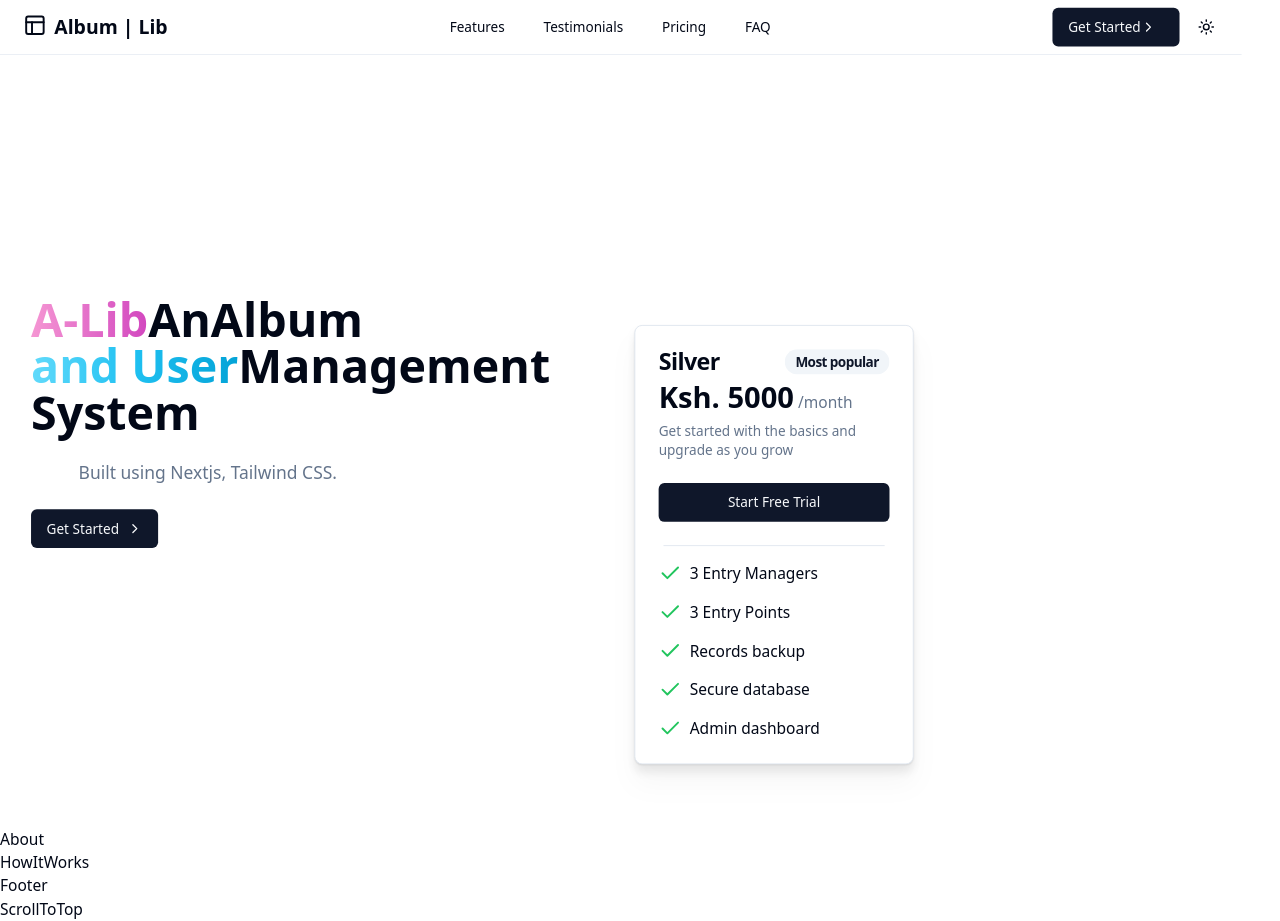
Repository: DevLaukey/savannah-informatics-test
Page: /
The author's editor kept a copy of each file at every save. The page is drawn from the files as they stood at one save, then again after the next save.
The browser window is 1280 px wide. The page is 1304 px wide, then 1320 px, then 1304 px, so the pictures cover 1320 px, including what lies to the right of the window. The pictures show the whole page, at 97% of full size.
The project was rebuilt for these pictures with package versions that can differ from the ones it lists, and the page was loaded fresh each time. The framework's server and built-in components were replaced by stand-ins that run in the browser. Also part of the build but not shown: next.config.mjs, components/ui/avatar.jsx, components/landing-page/LightBulbIcon.jsx.

Above is the page before, as saved 2024-06-04 22:00:39.

After the next save:
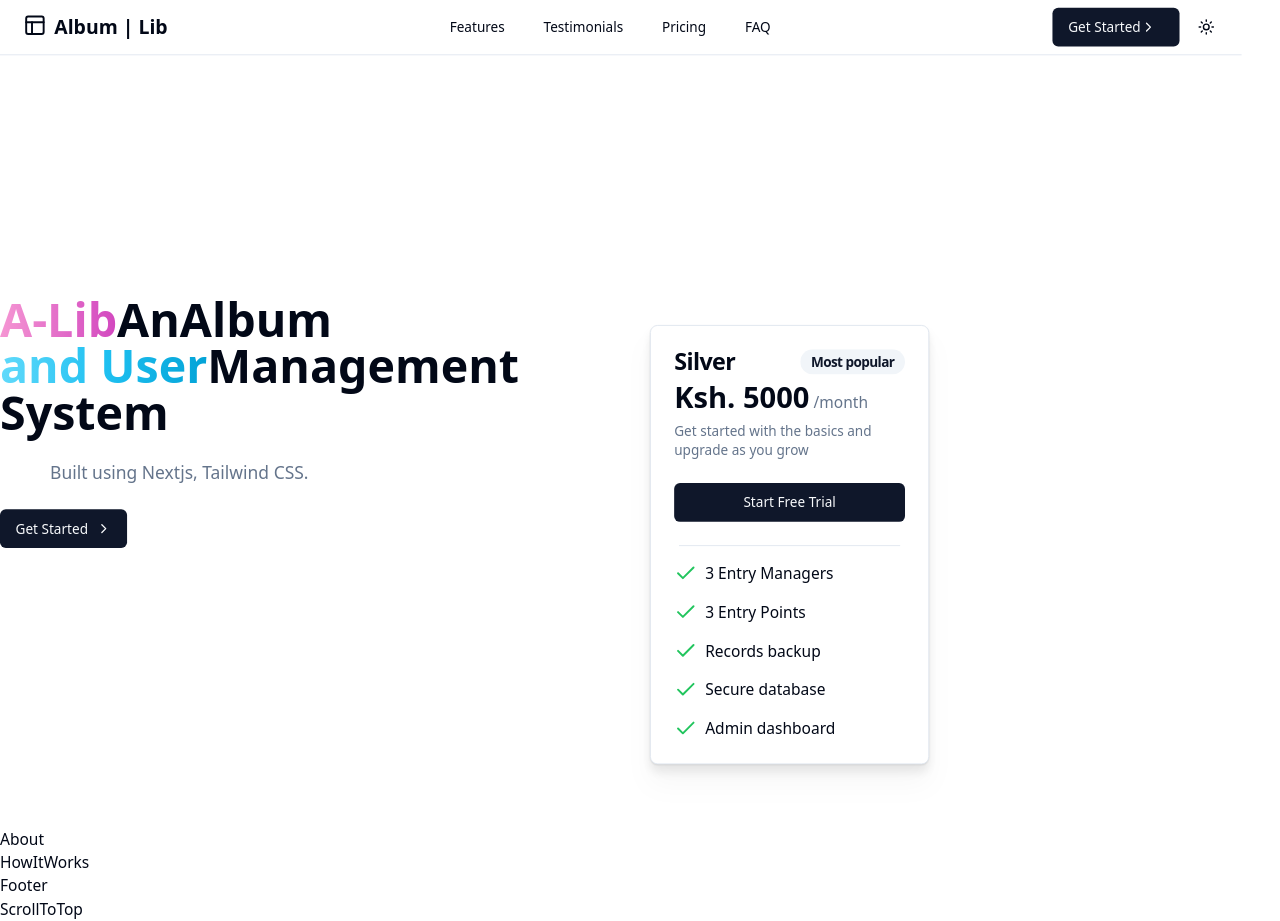
Saved 5 s later.
--- a/components/landing-page/Hero.jsx
+++ b/components/landing-page/Hero.jsx
@@ -4,7 +4,7 @@
 
 const Hero = () => {
   return (
-    <section className="w-full container grid grid-cols-1 md:grid-cols-2 place-items-center py-20 md:py-32 gap-10">
+    <section className="w-full  grid grid-cols-1 md:grid-cols-2 place-items-center py-20 md:py-32 gap-10">
       <div className="text-center md:text-left space-y-6">
         <main className="text-3xl md:text-5xl font-bold">
           <h1 className="inline-block">

After the save that followed:
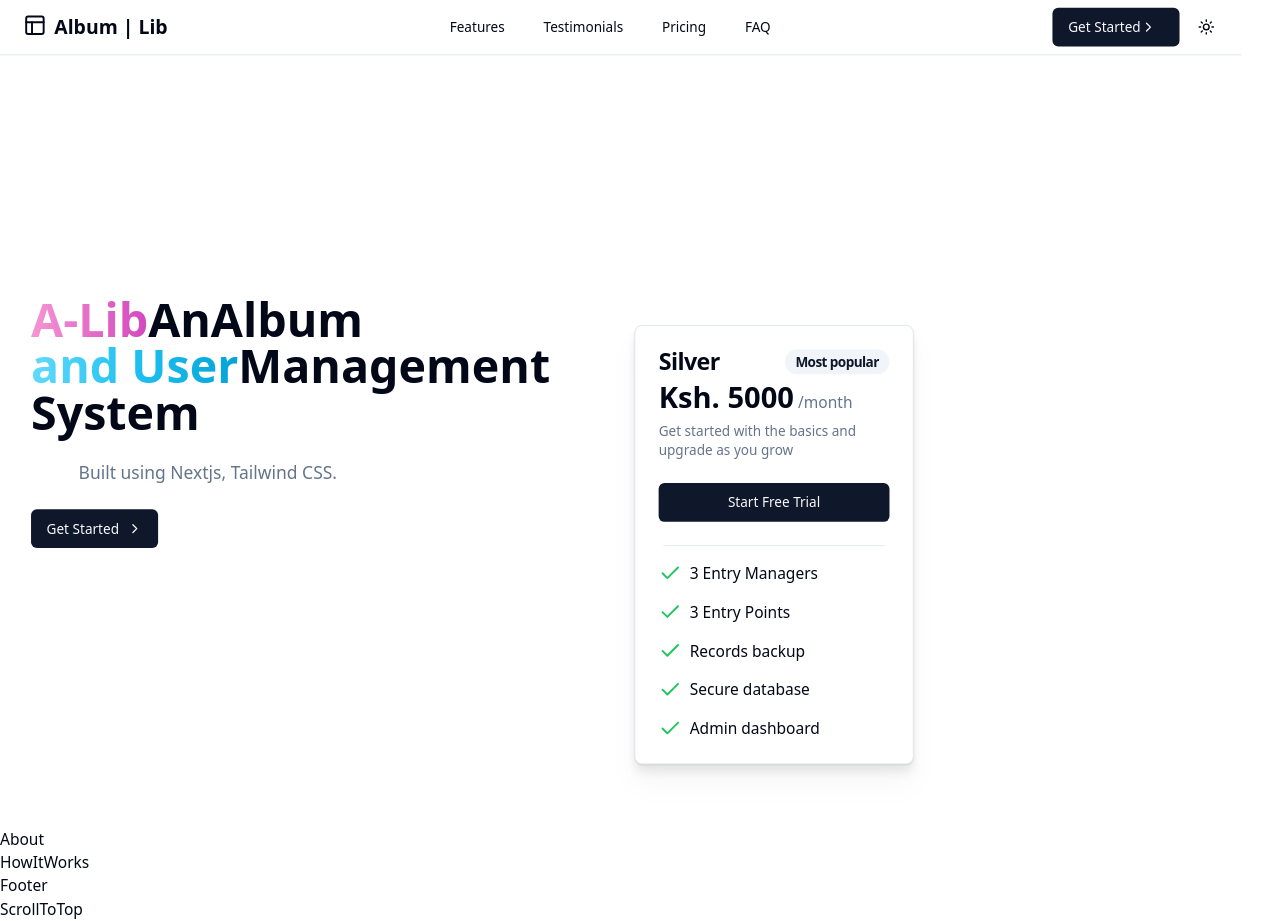
Saved 5 s later.
--- a/components/landing-page/Hero.jsx
+++ b/components/landing-page/Hero.jsx
@@ -4,7 +4,7 @@
 
 const Hero = () => {
   return (
-    <section className="w-full  grid grid-cols-1 md:grid-cols-2 place-items-center py-20 md:py-32 gap-10">
+    <section className="w-full container grid grid-cols-1 md:grid-cols-2 place-items-center py-20 md:py-32 gap-10">
       <div className="text-center md:text-left space-y-6">
         <main className="text-3xl md:text-5xl font-bold">
           <h1 className="inline-block">
